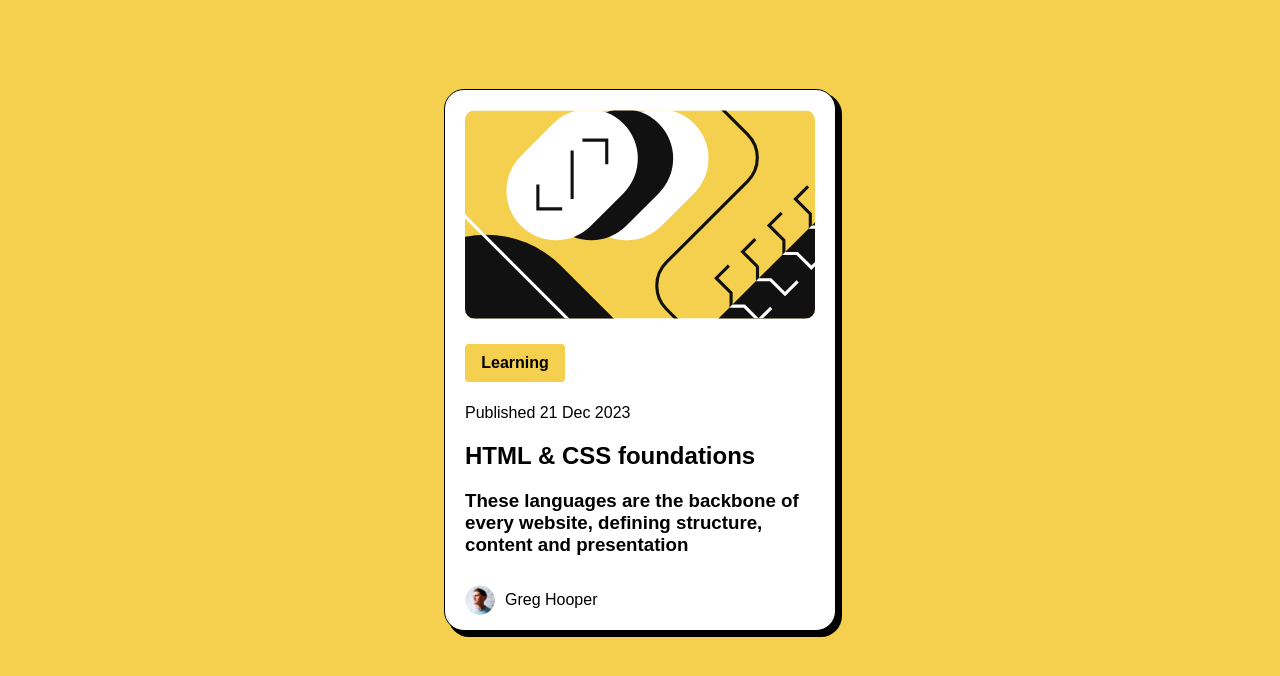
Repository: brandontaylor1/blogpreviewcard
Page: index.html
These files come from the project's save history. The page is drawn as it stood at one moment and after a run of saves; the edit follows.
The browser window is 1280 px wide. The pictures show the whole page.

Above is the page before, as saved 2024-12-25 11:19:40.

After the next 2 saves:
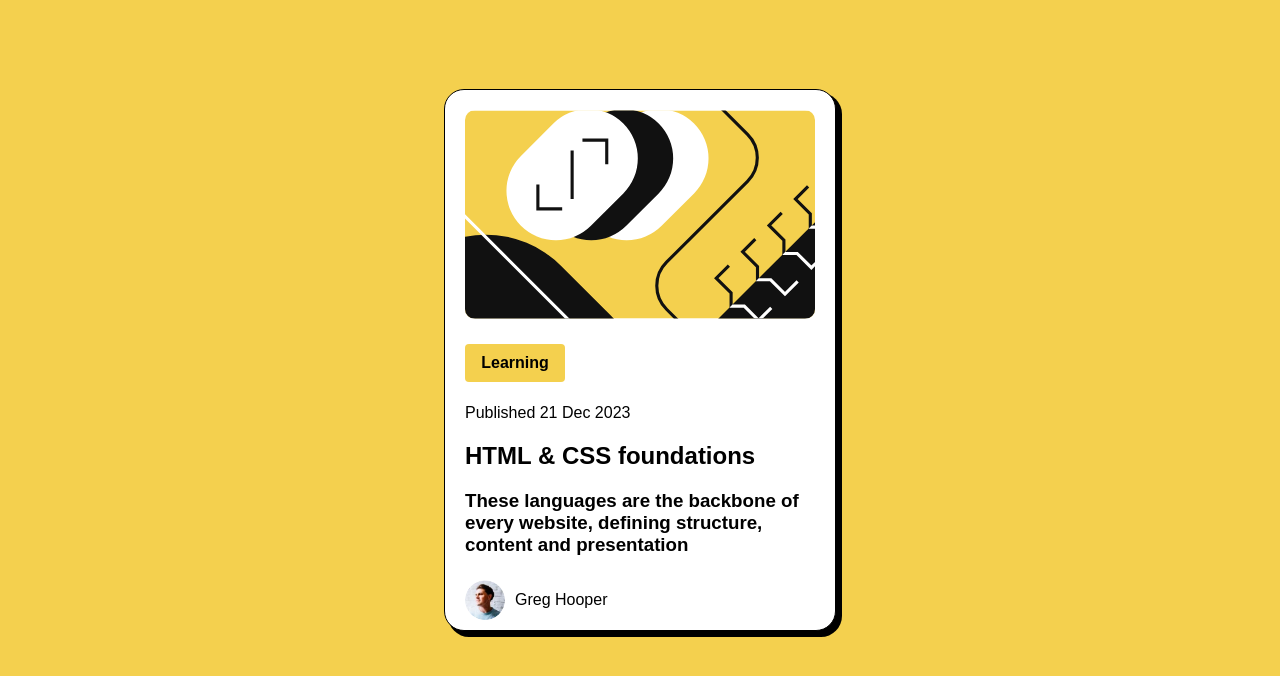
The 2 saves are shown as one change because they came seconds apart.
The last was saved 8 s later.
--- a/index.css
+++ b/index.css
@@ -81,8 +81,8 @@ body {
 }
 
 .user-footer img {
-    width: 30px;
-    height: 30px;
+    width: 40px;
+    height: 40px;
     border-radius: 50%;
     margin-right: 10px;
 }
